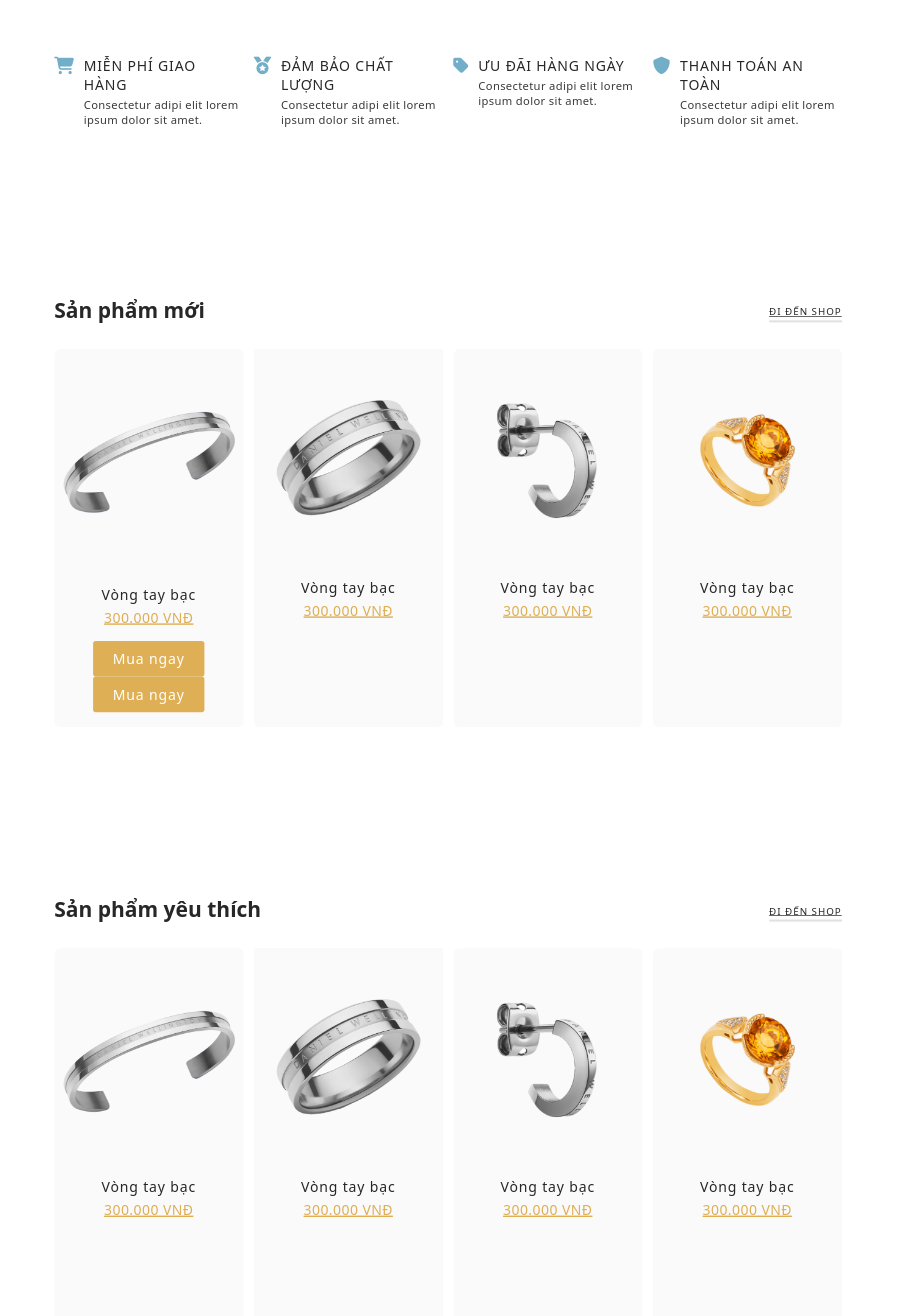
Repository: CangNgo/shoptrangsuc.github.io
Page: index.html
An editor plug-in stored every save of this project. The page is shown before and after the next save, followed by the edit.
The browser window is 1280 px wide. The page is 1288 px wide, so the pictures cover 1288 px, including what lies to the right of the window. The pictures show the part of the page from y = 762 to 2642 px (the page is 5591 px tall), at 70% of full size.

Above is the page before, as saved 2024-01-11 18:02:42.

### index.html
<!DOCTYPE html>
<html lang="en">

<head>
    <meta charset="UTF-8">
    <meta name="viewport" content="width=device-width, initial-scale=1.0">
    <link rel="stylesheet" href="asset/css/style.css">
    <link rel="stylesheet" href="asset/css/layout.css">
    <link rel="stylesheet" href="asset/fontawesome-free-6.2.1-web/fontawesome-free-6.2.1-web/css/all.min.css">
    <link href="https://cdn.jsdelivr.net/npm/bootstrap@5.3.2/dist/css/bootstrap.min.css" rel="stylesheet" integrity="sha384-T3c6CoIi6uLrA9TneNEoa7RxnatzjcDSCmG1MXxSR1GAsXEV/Dwwykc2MPK8M2HN" crossorigin="anonymous">

    <title>Serein shop trang sức</title>
</head>

<body>
    <main>
        <header>
            <div class="grid wide">
                <div class="header__main">
                    <div class="logo">
                        <img src="asset/img/logo.png" alt="">
                    </div>
                    <div class="nav">
                        <div class="navbar">
                            <ul>
                                <li><a href="#">Home</a></li>
                                <li><a href="shop.html">Shop</a></li>
                                <li><a href="#">About</a></li>
                                <li><a href="#">Blogs</a></li>
                                <li><a href="#">Contact</a></li>
                            </ul>
                        </div>
                        <div class="right__icons">
                            <div class="right__icon-item">
                                <i class="fa-solid fa-magnifying-glass"></i>
                            </div>
                            <div class="right__icon-item">
                                <i class="fa-solid fa-user"></i>
                            </div>
                            <div class="right__icon-item">
                                <i class="fa-solid fa-cart-shopping"></i>
                                <span>(0)</span>
                            </div>
                        </div>
                    </div>
                </div>
            </div>
        </header>
        <div class="banner">
            <div class="grid wide">
                <div class="row">
                    <div class="col l-6">
                        <div class="banner__left">
                            <h3>Bộ sưu tập</h3>
                            <h2>Dấu ấn</h2>
                            <span>Mỗi chúng ta là một cá thể độc nhất trên thế giới, vậy nên, hãy thoải mái sáng tạo
                                theo cách riêng của bạn. Dù ở bất kỳ phiên bản nào, Serein Jewelry luôn đồng hành cùng
                                bạn ghi lại “DẤU ẤN” riêng bạn.</span>
                        </div>
                    </div>
                    <div class="col l-6 ">
                        <div class="banner__right">
                            <div class="banner__right-btn">
                                <i class="fa-solid fa-chevron-left"></i>
                            </div>
                            <div class="banner-right-img">
                                <img src="asset/img/vong-bac-banner.png" alt="">
                            </div>
                            <div class="banner__right-btn">
                                <i class="fa-solid fa-chevron-right"></i>
                            </div>
                        </div>
                    </div>
                </div>
                <div class="row banner__bottom">
                    <div class="col l-6">
                        <form class="banner-bottom-left">
                            <button type="submit" name="">Mua ngay</button>
                        </form>
                    </div>
                    <div class="col l-6">
                        <div class="banner-bottom-right">
                            <div class="banner-bottom-color">
                                <div class="banner-bottom-color-item gold"></div>
                                <div class="banner-bottom-color-item white"></div>
                            </div>
                            <div class="banner-bottom-play">
                                <i class="fa-solid fa-circle-play"></i>
                            </div>
                        </div>
                    </div>
                </div>
            </div>
        </div>
        <section class="features container">
            <div class="grid wide">
                <div class="row">
                    <div class="col l-3">
                        <div class="features-item">
                            <div class="features-icon">
                                <i class="fa-solid fa-cart-shopping"></i>
                            </div>
                            <div class="feeatures-items">
                                <h4>Miễn phí giao hàng</h4>
                                <span>Consectetur adipi elit lorem ipsum dolor sit amet.</span>
                            </div>
                        </div>
                    </div>
                    <div class="col l-3">
                        <div class="features-item">
                            <div class="features-icon">
                                <i class="fa-solid fa-medal"></i>
                            </div>
                            <div class="feeatures-items">
                                <h4>Đảm bảo chất lượng</h4>
                                <span>Consectetur adipi elit lorem ipsum dolor sit amet.</span>
                            </div>
                        </div>
                    </div>
                    <div class="col l-3">
                        <div class="features-item">
                            <div class="features-icon">
                                <i class="fa-solid fa-tag"></i>
                            </div>
                            <div class="feeatures-items">
                                <h4>Ưu đãi hàng ngày</h4>
                                <span>Consectetur adipi elit lorem ipsum dolor sit amet.</span>
                            </div>
                        </div>
                    </div>
                    <div class="col l-3">
                        <div class="features-item">
                            <div class="features-icon">
                                <i class="fa-solid fa-shield"></i>
                            </div>
                            <div class="feeatures-items">
                                <h4>Thanh toán an toàn</h4>
                                <span>Consectetur adipi elit lorem ipsum dolor sit amet.</span>
                            </div>
                        </div>
                    </div>
                </div>
            </div>
        </section>
        <section class="product container">
            <div class="grid wide">
                <div class="product-section">
                    <h3>Sản phẩm mới</h3>
                    <span><a href="#">Đi đến shop</a></span>
                </div>
                <div class="row">
                    <form class="col l-3">
                        <div class="product-item">
                            <div class="product-top">
                                <div class="product-item-img">
                                    <img src="asset/img/vong-bac.png" alt="Vòng tay bạc">
                                </div>
                            </div>
                            <div class="product-bottom">
                                <div class="product-item-bottom">
                                    <div class="product-item-name">Vòng tay bạc</div>
                                    <div class="product-item-price"><a href="#">300.000 VNĐ</a></div>
                                </div>
                                <div class="buy-product">
                                    <button name="buy_product">Mua ngay</button>
                                    <button name="buy_product">Mua ngay</button>
                                </div>
                            </div>
                        </div>
                    </form>
                    <div class="col l-3">
                        <div class="product-item">
                            <div class="product-item-img">
                                <img src="asset/img/nhan-bac.png" alt="Vòng tay bạc">
                            </div>
                            <div class="product-item-bottom">
                                <div class="product-item-name">Vòng tay bạc</div>
                                <div class="product-item-price"><a href="#">300.000 VNĐ</a></div>
                            </div>
                        </div>
                    </div>
                    <div class="col l-3">
                        <div class="product-item">
                            <div class="product-item-img">
                                <img src="asset/img/bong-tai-bac.png" alt="Vòng tay bạc">
                            </div>
                            <div class="product-item-bottom">
                                <div class="product-item-name">Vòng tay bạc</div>
                                <div class="product-item-price"><a href="#">300.000 VNĐ</a></div>
                            </div>
                        </div>
                    </div>
                    <div class="col l-3">
                        <div class="product-item">
                            <div class="product-item-img">
                                <img src="asset/img/nhan-vang.png" alt="Vòng tay bạc">
                            </div>
                            <div class="product-item-bottom">
                                <div class="product-item-name">Vòng tay bạc</div>
                                <div class="product-item-price"><a href="#">300.000 VNĐ</a></div>
                            </div>
                        </div>
                    </div>
                </div>
            </div>
        </section>
        <section class="product container">
            <div class="grid wide">
                <div class="product-section">
                    <h3>Sản phẩm yêu thích</h3>
                    <span><a href="#">Đi đến shop</a></span>
                </div>
                <div class="row">
                    <div class="col l-3">
                        <div class="product-item">
                            <div class="product-item-img">
                                <img src="asset/img/vong-bac.png" alt="Vòng tay bạc">
                            </div>
                            <div class="product-item-bottom">
                                <div class="product-item-name">Vòng tay bạc</div>
                                <div class="product-item-price"><a href="#">300.000 VNĐ</a></div>
                            </div>
                        </div>
                    </div>
                    <div class="col l-3">
                        <div class="product-item">
                            <div class="product-item-img">
                                <img src="asset/img/nhan-bac.png" alt="Vòng tay bạc">
                            </div>
                            <div class="product-item-bottom">
                                <div class="product-item-name">Vòng tay bạc</div>
                                <div class="product-item-price"><a href="#">300.000 VNĐ</a></div>
                            </div>
                        </div>
                    </div>
                    <div class="col l-3">
                        <div class="product-item">
                            <div class="product-item-img">
                                <img src="asset/img/bong-tai-bac.png" alt="Vòng tay bạc">
                            </div>
                            <div class="product-item-bottom">
                                <div class="product-item-name">Vòng tay bạc</div>
                                <div class="product-item-price"><a href="#">300.000 VNĐ</a></div>
                            </div>
                        </div>
                    </div>
                    <div class="col l-3 m-12 c-12">
                        <div class="product-item">
                            <div class="product-item-img">
                                <img src="asset/img/nhan-vang.png" alt="Vòng tay bạc">
                            </div>
                            <div class="product-item-bottom">
                                <div class="product-item-name">Vòng tay bạc</div>
                                <div class="product-item-price"><a href="#">300.000 VNĐ</a></div>
                            </div>
                        </div>
                    </div>
                </div>
            </div>
        </section>
        <section class="posts product container">
            <div class="grid wide">
                <div class="product-section">
                    <h3>Bài viết mới</h3>
                    <span><a href="#">Đi đến blog</a></span>
                </div>
                <div class="row">
                    <div class="col l-4">
                        <div class="posts-item">
                            <div class="post-item-img"><img src="asset/img/post1.png" alt=""></div>
                            <div class="post-item-datetime">feb 22, 2023 - Gadgets</div>
                            <div class="post-item-name">Get some cool gadgets in 2023</div>
                        </div>
                    </div>
                    <div class="col l-4">
                        <div class="posts-item">
                            <div class="post-item-img"><img src="asset/img/post2.png" alt=""></div>
                            <div class="post-item-datetime">feb 22, 2023 - technology</div>
                            <div class="post-item-name">TECHNOLOGY HACK YOU WON’T GET</div>
                        </div>
                    </div>
                    <div class="col l-4">
                        <div class="posts-item">
                            <div class="post-item-img"><img src="asset/img/post3.png" alt=""></div>
                            <div class="post-item-datetime">feb 22, 2023 - camera</div>
                            <div class="post-item-name">toP 10 SMALL cAMERA IN THE WORLD</div>
                        </div>
                    </div>
                </div>
            </div>
        </section>
        <section class="coutdown container">
            <div class="grid wide">
                <div class="coutdown-content">
                    <h3>Đăng ký ngay để sở hữu BST "Dấu ấn"</h3>
                    <div class="coutdown-content-bottom">
                        <span>Vì “Dấu ấn” là BST độc nhất cho mỗi khách hàng, nên chúng tôi chỉ mở bán với số lượng giới
                            hạn.
                            Đặc biệt, khi mua hàng càng sớm bạn sẽ nhận được nhiều ưu đãi đặc biệt từ Serein Jewelry.
                        </span>
                        <button name="buy_submit">Mua ngay</button>
                    </div>
                </div>
                <div class="coutdown-olock">
                    <div class="coutdown-olock-item">
                        <div class="coutdown-olock-item-hour">0</div>
                        <div class="coutdown-olock-item-day">Ngày</div>
                    </div>
                    <div class="coutdown-olock-item">
                        <div class="coutdown-olock-item-hour">7</div>
                        <div class="coutdown-olock-item-day">Giờ</div>
                    </div>
                    <div class="coutdown-olock-item">
                        <div class="coutdown-olock-item-hour">23</div>
                        <div class="coutdown-olock-item-day">Phút</div>
                    </div>
                    <div class="coutdown-olock-item">
                        <div class="coutdown-olock-item-hour">49</div>
                        <div class="coutdown-olock-item-day">Giây</div>
                    </div>
                </div>
            </div>
        </section>
        <section class="form-register container">
            <div class="grid wide">
                <div class="form-register-main">
                    <div class="form-register-content">
                        <h3>Đăng ký ngay</h3>
                        <span>Đăng ký để nhận được khuyến mãi</span>
                    </div>
                    <div class="form-register-input">
                        <input type="text" placeholder="Nhập email">
                        <button>Đăng ký</button>
                    </div>
                </div>
            </div>
        </section>
        <section class="testimony container">
            <div class="grid wide">
                <div class="testimony-main">
                    <div class="testimony-icon">
                        <img src="asset/img/testimony-icon.png" alt="">
                    </div>
                    <div class="testimony-content">
                        <div class="testimony-button-left">
                            <i class="fa-solid fa-chevron-left"></i>
                        </div>
                        <div class="testimony-content-said">
                            “Tempus oncu enim pellen tesque este pretium in neque, elit morbi sagittis lorem habi mattis
                            Pellen tesque pretium feugiat vel morbi suspen dise sagittis lorem habi tasse morbi.”
                        </div>
                        <div class="testimony-button-right">
                            <i class="fa-solid fa-chevron-right"></i>
                        </div>
                    </div>
                    <div class="testimony-star">
                        <div class="testimony-star-items">
                            <div class="testimony-star-item">
                                <i class="fa-solid fa-star"></i>
                            </div>
                            <div class="testimony-star-item">
                                <i class="fa-solid fa-star"></i>
                            </div>
                            <div class="testimony-star-item">
                                <i class="fa-solid fa-star"></i>
                            </div>
                            <div class="testimony-star-item">
                                <i class="fa-solid fa-star"></i>
                            </div>
                            <div class="testimony-star-item">
                                <i class="fa-solid fa-star"></i>
                            </div>
                        </div>
                        <div class="testtimony-star-name">
                            Emma Chamberlin
                        </div>
                    </div>
                </div>
            </div>
        </section>
        <div class="evaluate container">
            <div class="grid wide">
                <h3>Khách hàng nói về BST "Dấu ấn"</h3>
                <div class="row">
                    <div class="col l-4"></div>
                    <div class="col l-4"></div>
                    <div class="col l-4"></div>
                </div>
            </div>
        </div>
    </main>
</body>

</html>

### asset/css/layout.css
.grid {
    width: 100%;
    display: block;
    padding: 0;
}

.grid.wide {
    max-width: 1300px;
    margin: 0 auto;
}

.row {
    display: flex;
    flex-wrap: wrap;
    margin-left: -8px;
    margin-right: -8px;
}


.col {
    padding-left: 8px;
    padding-right: 8px;
}

.c-0 {
    display: none;
}

.c-1 {
    flex: 0 0 8.33333%;
    max-width: 8.33333%;
}

.c-2 {
    flex: 0 0 16.66667%;
    max-width: 16.66667%;
}

.c-3 {
    flex: 0 0 25%;
    max-width: 25%;
}

.c-4 {
    flex: 0 0 33.33333%;
    max-width: 33.33333%;
}

.c-5 {
    flex: 0 0 41.66667%;
    max-width: 41.66667%;
}

.c-6 {
    flex: 0 0 50%;
    max-width: 50%;
}

.c-7 {
    flex: 0 0 58.33333%;
    max-width: 58.33333%;
}

.c-8 {
    flex: 0 0 66.66667%;
    max-width: 66.66667%;
}

.c-9 {
    flex: 0 0 75%;
    max-width: 75%;
}

.c-10 {
    flex: 0 0 83.33333%;
    max-width: 83.33333%;
}

.c-11 {
    flex: 0 0 91.66667%;
    max-width: 91.66667%;
}

.c-12 {
    flex: 0 0 100%;
    max-width: 100%;
}

/* >= Tablet */
@media (min-width: 740px) {
    .row {
        margin-left: -12px;
        margin-right: -12px;
    }

    .col {
        padding-left: 12px;
        padding-right: 12px;
    }

    .m-0 {
        display: none;
    }

    .m-4,
    .m-5,
    .m-6,
    .m-8,
    .m-10,
    .m-12 {
        display: block;
    }

    .m-4 {
        flex: 0 0 33.33334%;
        max-width: 33.3334%;
    }

    .m-5 {
        flex: 0 0 41.66667%;
        max-width: 41.66667%;
    }

    .m-6 {
        flex: 0 0 50%;
        max-width: 50%;
    }

    .m-8 {
        flex: 0 0 66.66667%;
        max-width: 66.66667%;
    }

    .m-10 {
        flex: 0 0 83.33333%;
        max-width: 83.33333%;
    }

    .m-12 {
        flex: 0 0 100%;
        max-width: 100%;
    }
}

/* PC medium resolution > */
@media (min-width: 1024px) {
    .row {
        margin-left: -10px;
        margin-right: -10px;
    }

    .row.sm-gutter {
        margin-left: -5px;
        margin-right: -5px;
    }

    .col {
        padding-left: 10px;
        padding-right: 10px;
    }

    .row.sm-gutter .col {
        padding-left: 5px;
        padding-right: 5px;
    }

    .l-0 {
        display: none;
    }

    .l-3,
    .l-4,
    .l-5,
    .l-6,
    .l-8,
    .l-8-3,
    .l-10,
    .l-12 {
        display: block;
    }

    .l-3 {
        flex: 0 0 25%;
        max-width: 25%;
    }

    .l-3-3 {
        flex: 0 0 25%;
        max-width: 25%;
    }

    .l-4 {
        flex: 0 0 33.33333%;
        max-width: 33.33333%;
    }

    .l-5 {
        flex: 0 0 41.66667%;
        max-width: 41.6667%;
    }

    .l-6 {
        flex: 0 0 50%;
        max-width: 50%;
    }

    .l-8 {
        flex: 0 0 66.66667%;
        max-width: 66.66667%;
    }

    .l-9 {
        flex: 0 0 75%;
        max-width: 75%;
    }

    .l-8-3 {
        flex: 0 0 30%;
        max-width: 30%;
    }

    .l-10 {
        flex: 0 0 83.33333%;
        max-width: 83.33333%;
    }

    .l-12 {
        flex: 0 0 100%;
        max-width: 100%;
    }
}

/* Tablet - PC low resolution */
@media (min-width: 740px) and (max-width: 1023px) {
    .wide {
        width: 644px;
    }
}

/* > PC low resolution */
@media (min-width: 1024px) and (max-width: 1239px) {
    .wide {
        width: 984px;
    }
}

Loaded but not shown: asset/fontawesome-free-6.2.1-web/fontawesome-free-6.2.1-web/css/all.min.css (library); asset/css/style.css (793 lines, source omitted)

After the next save:
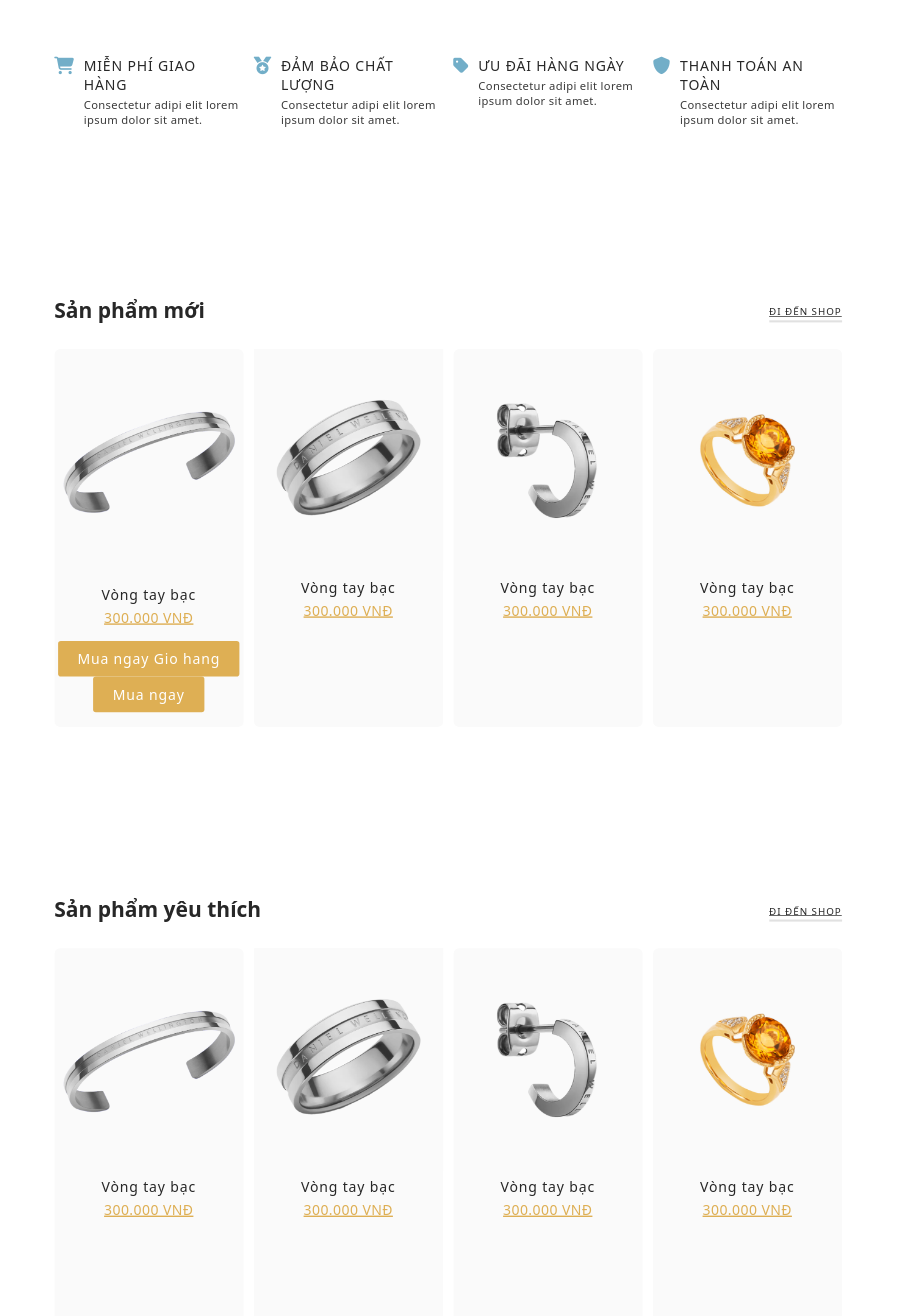
Saved 16 s later.
--- a/index.html
+++ b/index.html
@@ -162,7 +162,7 @@
                                     <div class="product-item-price"><a href="#">300.000 VNĐ</a></div>
                                 </div>
                                 <div class="buy-product">
-                                    <button name="buy_product">Mua ngay</button>
+                                    <button name="buy_product">Mua ngay Gio hang</button>
                                     <button name="buy_product">Mua ngay</button>
                                 </div>
                             </div>
